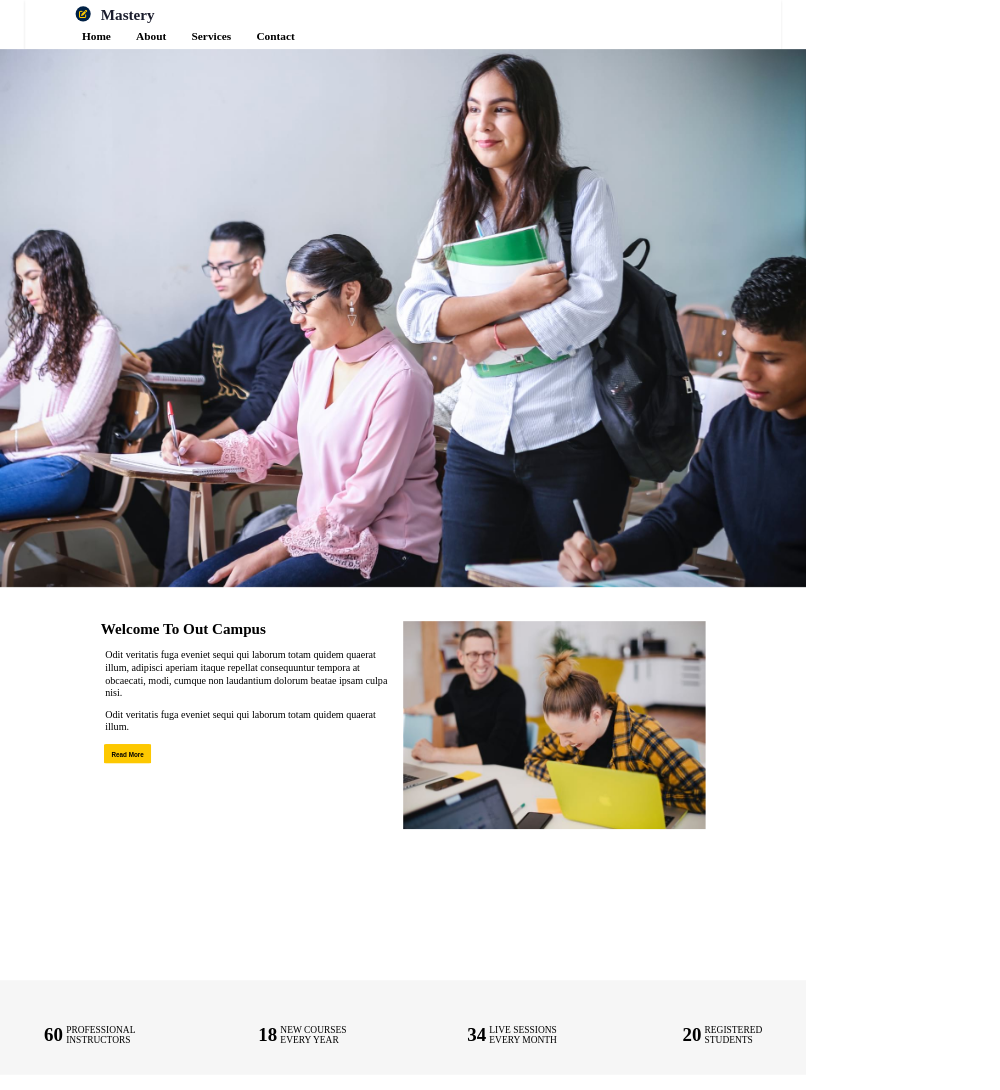
Repository: trminhphuc1504/Mastery
Page: index.html
The author's editor kept a copy of each file at every save. The page is drawn from the files as they stood at one save, then again after the next save.
The browser window is 1280 px wide. The page is 1280 px wide, then 1588 px, then 1280 px, so the pictures cover 1588 px, including what lies to the right of the window. The pictures show the whole page, at 63% of full size.
Some web libraries are served in a nearby version.

Above is the page before, as saved 2024-08-24 12:26:02.

### index.html
<!DOCTYPE html>
<html lang="en">
  <head>
    <meta charset="UTF-8" />
    <meta http-equiv="X-UA-Compatible" content="IE=edge" />
    <meta name="viewport" content="width=device-width, initial-scale=1.0" />

    <!-- Font Awesome -->
    <link
      rel="stylesheet"
      href="https://cdnjs.cloudflare.com/ajax/libs/font-awesome/6.6.0/css/all.min.css"
    />

    <link rel="stylesheet" href="./css/style.css" />
    <title>Mastery</title>
  </head>
  <body>
    <!-- Header -->
    <section id="header">
      <div class="container">
        <header>
          <div class="header-logo">
            <a href="#" class="logo">
              <i class="fa-solid fa-pen-to-square"> </i>
              <span class="header-title">Mastery</span>
            </a>
          </div>

          <nav class="header-nav">
            <ul>
              <li>
                <a href="#">Home</a>
              </li>
              <li>
                <a href="#">About</a>
              </li>
              <li>
                <a href="#">Services</a>
              </li>
              <li>
                <a href="#">Contact</a>
              </li>
            </ul>
          </nav>
        </header>
      </div>
    </section>

    <!-- poster -->
    <section id="poster">
      <div class="poster-img">
        <img src="./images/2.jpg" alt="poster" />
      </div>
    </section>

    <!-- banner -->

    <section id="banner">
      <div class="banner-content">
        <div class="banner-container">
          <div class="banner-item">
            <div id="left">
              <h2 class="banner-title">Welcome To Out Campus</h2>
              <p class="banner-desc">
                Odit veritatis fuga eveniet sequi qui laborum totam quidem
                quaerat illum, adipisci aperiam itaque repellat consequuntur
                tempora at obcaecati, modi, cumque non laudantium dolorum beatae
                ipsam culpa nisi.
              </p>
              <p>
                Odit veritatis fuga eveniet sequi qui laborum totam quidem
                quaerat illum.
              </p>
              <div class="banner-button">
                <button class="banner-btn"><b> Read More </b></button>
              </div>
            </div>
            <div id="right">
              <img src="./images/g1.jpg" alt="banner" />
            </div>
          </div>
        </div>
        <!-- <div class="banner-button">
          <button class="banner-btn"><b> Read More </b></button>
        </div> -->
        <!-- <div id="right">
          <img src="./images/g1.jpg" alt="banner" />
        </div> -->
      </div>
    </section>

    <!-- content -->
    <section id="content">
      <div class="content-container">
        <div class="content-content">
          <div class="content-item">
            <h3>60</h3>
            <p>Professional Instructors</p>
          </div>
          <div class="content-item">
            <h3>18</h3>
            <p>New Courses Every Year</p>
          </div>
          <div class="content-item">
            <h3>34</h3>
            <p>Live Sessions Every Month</p>
          </div>
          <div class="content-item">
            <h3>20</h3>
            <p>Registered Students</p>
          </div>
        </div>
      </div>
    </section>
  </body>
</html>

### css/style.css
* {
    margin: 0;
    padding: 0;
    box-sizing: border-box;
}

a{
    text-decoration: none;
}

.container{
    max-width: 1200px;
    margin: auto;
}



/* header .header-logo{
    background-color:pink;
    padding: 20px ;
} */

/* Header */

header{
    background-color:white;
    padding: 10px 0;
    box-shadow: 0 2px 4px rgba(0, 0, 0, 0.1);
}

.header-logo{
    display: flex;
    align-items:center;
    margin-left: 80px;
    margin-bottom: 10px;
}

.logo{
    font-size:24px;
    text-decoration: none;
    text-align: center;

}

.logo i{
    width: 24px;
    height: 24px;
    margin-right: 10px;
    line-height: 24px;
    border-radius:50%;
    background-color:#002146;
    font-size: 13px;
    vertical-align: top;
    color:#FDC800;
    display: inline-block;
}


.header-nav ul{
    list-style: none;
    display: flex;
    gap: 40px;
    display: flex;
    align-items: center;
    margin-left:90px;
}


.logo .header-title{
    color:#1B1D2D;
    font-weight: 700;
}


.header-nav ul li a{
    font-size:18px;
    color:#000;
    font-weight: 600;
}

/* Poster */
.poster-img img{
    width:100%;
}

/* Banner */
.banner-content .banner-container{
    margin:auto;
    width:75%;
    padding-top: 50px;
    padding-bottom: 120px;
}

 .banner-content .banner-container .banner-item #left{
    float:left;
    width: 50%;
}

 /* .banner-content .banner-container{
    padding-top: 50px;
} */

.banner-content .banner-container .banner-item #right{
    float:right;
    width: 50%;
}

 .banner-content .banner-container .banner-item #right img{
    width: 100%;
}

.banner-content .banner-container .banner-item #left .banner-title{
    padding-bottom: 10px;
}

/* .banner-content .banner-container .banner-item #left .banner-title .banner-desc p{
    margin-bottom: 30px;
    margin-top: 20px;
} */

#left p{
    padding: 7px;
    line-height: 20px;
    /* margin-top: px; */
}



.banner-button .banner-btn{
    background-color:#FDC800;
    padding: 5px 10px;
    font-weight: 400;
    font-size: 15px;
    outline: none;
    border:2px solid transparent;
    margin: 10px 5px;
    border-radius:5%;
}

.banner-button .banner-btn b{
    font-size: 10px;
}


/* Content */
#content {
    margin-top: 450px;
    background-color: #F6F6F6;
    height: 150px;
}

.content-container .content-content{
    display: flex;
    /* justify-content:space-between; */
    --number-item:4
    --gap:50px
    gap: var(--gap);
    gap:50px;
    /* align-items:center; */
}

.content-content .content-item{
    display: flex;
    gap:5px;
    padding: 70px 70px;
    /* justify-content: space-between;
    align-items:center; */
    width: calc((100% - calc(var(--number-item) - 1) * var(--gap)) / var(--number-item));
}

.content-content .content-item h3{
    font-size: 30px;
}

.content-content .content-item p{
    text-transform: uppercase;
    font-size: 15px;
    /* padding: 50px; */
}

After the next save:
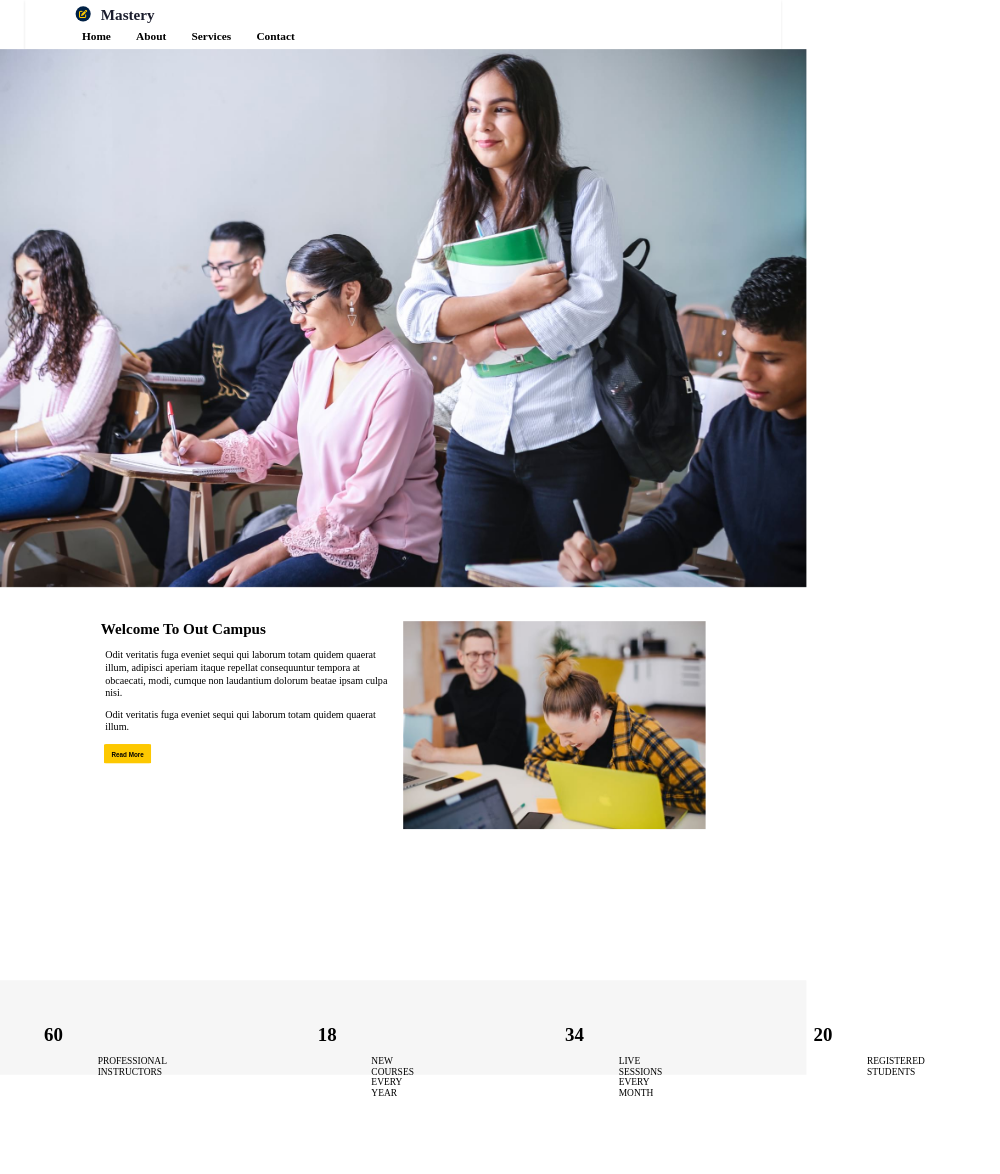
Saved 19 s later.
--- a/css/style.css
+++ b/css/style.css
@@ -175,5 +175,5 @@
 .content-content .content-item p{
     text-transform: uppercase;
     font-size: 15px;
-    /* padding: 50px; */
+    padding: 50px;
 }

After the save that followed:
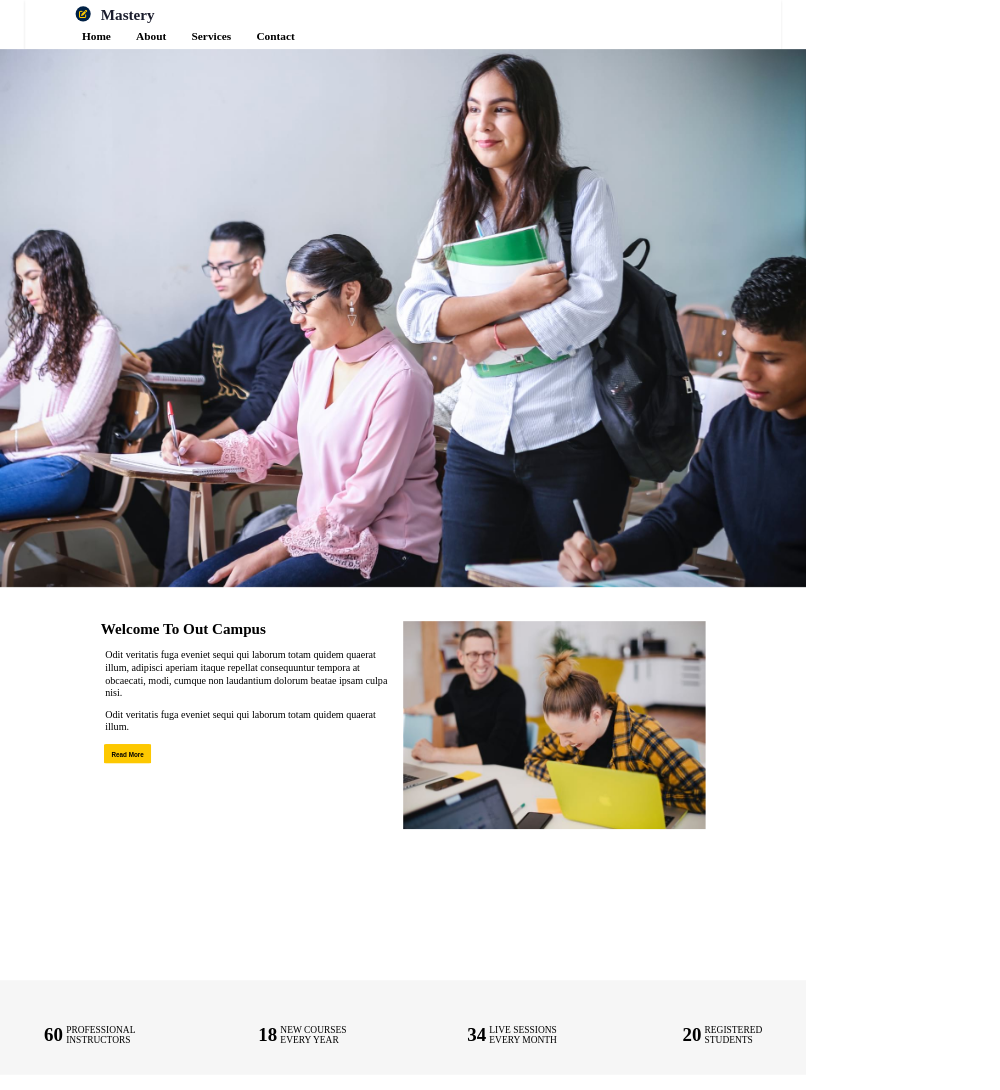
Saved 7 s later.
--- a/css/style.css
+++ b/css/style.css
@@ -175,5 +175,4 @@
 .content-content .content-item p{
     text-transform: uppercase;
     font-size: 15px;
-    padding: 50px;
 }
